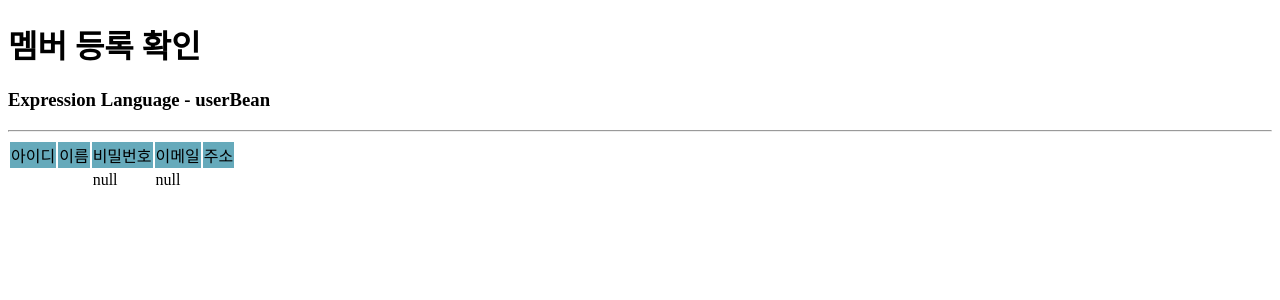
Repository: jsb5589/JAVAStudy
Page: http://localhost/JSP04/members/member5.jsp
The author's editor kept a copy of each file at every save. The page is drawn from the files as they stood at one save, then again after the next save.
The browser window is 1280 px wide. The pictures show the whole page.
The page is served by Tomcat 9.

Above is the page before, as saved 2021-08-12 08:26:13.

After the next save:
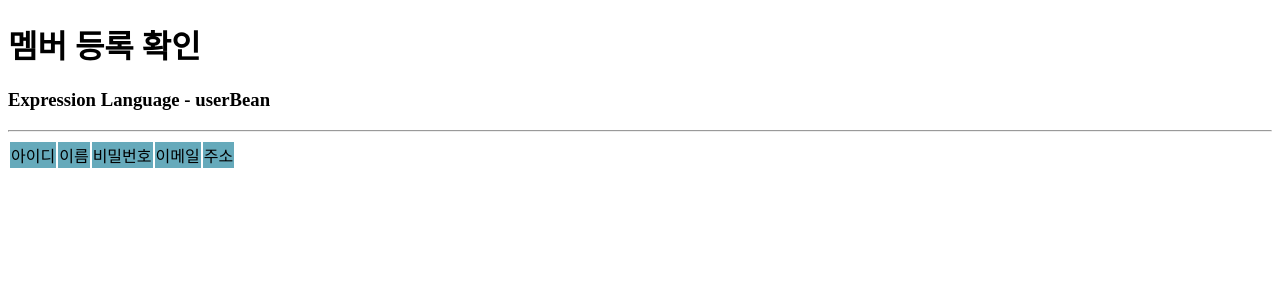
Saved 32 s later.
--- a/EZWebs/JSP04/src/main/webapp/members/member5.jsp
+++ b/EZWebs/JSP04/src/main/webapp/members/member5.jsp
@@ -37,8 +37,8 @@
 		<tr>
 			<td>${memberList[0].mid}</td>
 			<td>${memberList[0].mname}</td>
-			<td><%=member.getPwd()%></td>
-			<td><%=member.getEmail()%></td>
+			<td>${memberList[0].pwd}</td>
+			<td>${memberList[0].email}</td>
 		</tr>
 		<tr>
 			<td>${param.mid}</td>
